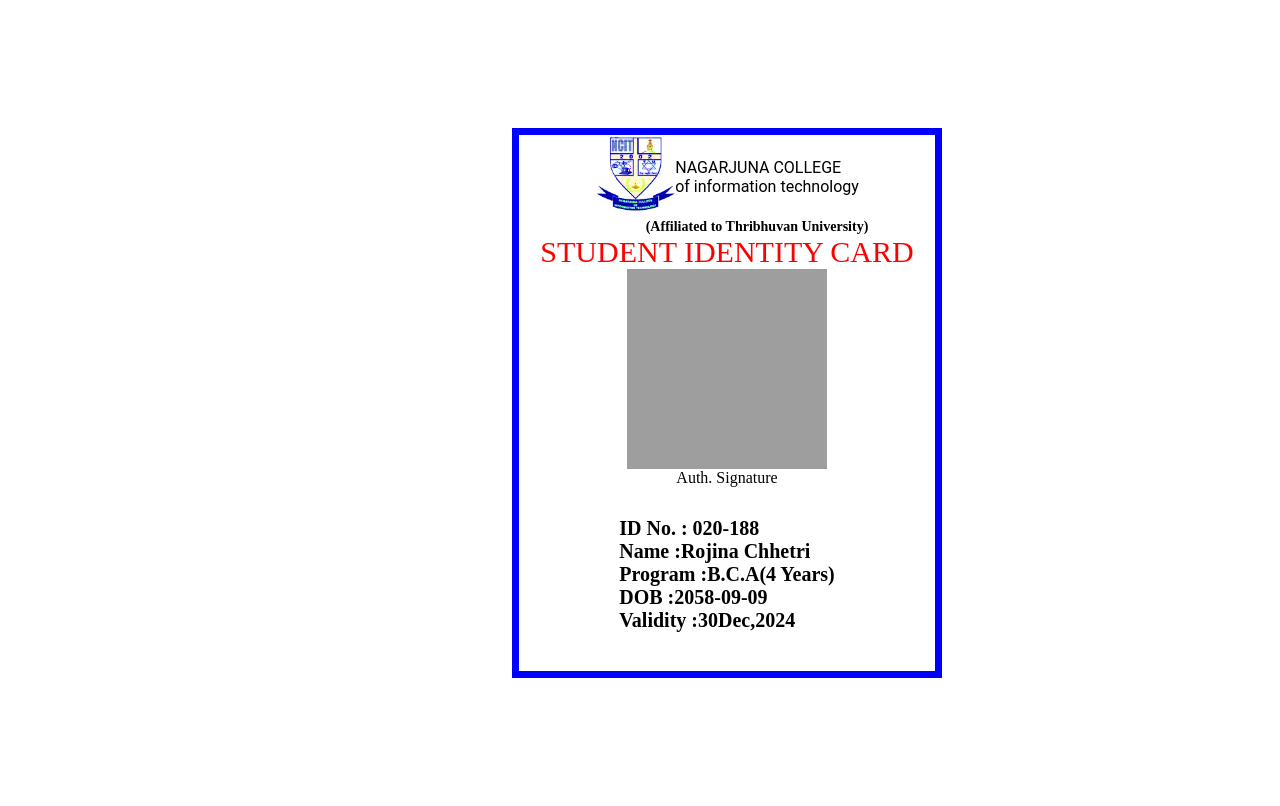
Repository: Rojinachhetri/roji
Page: rojina.html
These files come from the project's save history. The page is drawn as it stood at one moment and after the next save; the edit follows.
The browser window is 1280 px wide. The pictures show the whole page.
Pictures or frames that could not be fetched are drawn as grey boxes.

Above is the page before, as saved 2023-04-24 22:28:24.

### rojina.html
<!DOCTYPE html>
<html lang="en">

<head>
    <meta charset="UTF-8">
    <meta http-equiv="X-UA-Compatible" content="IE=edge">
    <meta name="viewport" content="width=device-width, initial-scale=1.0">
    <title>Nagrajuna college</title>
    <link rel="stylesheet" href="rojina.css">
</head>

<body>
    <div class="container">
        <div class="hero">
            <div class="logo">
                <img src="logo1.png" alt="logo" height="80px" width="80px">

            </div>
            <div class="container_text">
                <div class="name">NAGARJUNA COLLEGE</div>
                <div class="class1">of information technology</div>
            </div>
        </div>
        <div class="header">(Affiliated to Thribhuvan University)
        </div>
        <div class="student">STUDENT IDENTITY CARD</div>
        <div class="hero1">
            <img src="./rojinaa.jpg" alt="picture" height="200px" width="200px">
            <div>Auth. Signature</div>
        </div>
        <div class="id">
            <div>ID No. : 020-188</div>
            <div>Name :Rojina Chhetri</div>
            <div>Program :B.C.A(4 Years)</div>
            <div>DOB :2058-09-09</div>
            <div>Validity :30Dec,2024</div>
        </div>

    </div>


</body>

</html>

### rojina.css
    * {
        box-sizing: border-box;
        padding: 0px;
        margin: 0px;
    }

    .container {
        width: 430px;
        height: 550px;
        background-color: white;
        border: 7px solid blue;
        display: flex;
        flex-direction: column;
        align-items: center;
        margin: 10% 40% 10% 40%;
    }

    .hero {
        display: flex;
        flex-direction: row;
        align-items: center;
    }

    .container_text {
        font-family: RobotO, sans-serif
    }

    .header {
        font-size: 14px;
        font-weight: bold;
        margin-left: 60px;
    }

    .hero1 {
        display: flex;
        flex-direction: column;
        align-items: center;
    }

    .student {
        font-size: 30px;
        font-weight: 500;
        font-family: 'Times New Roman', Times, serif;
        color: red;
    }

    .id {
        font-size: 20px;
        margin-top: 30px;
        font-weight: bold;
    }

After the next save:
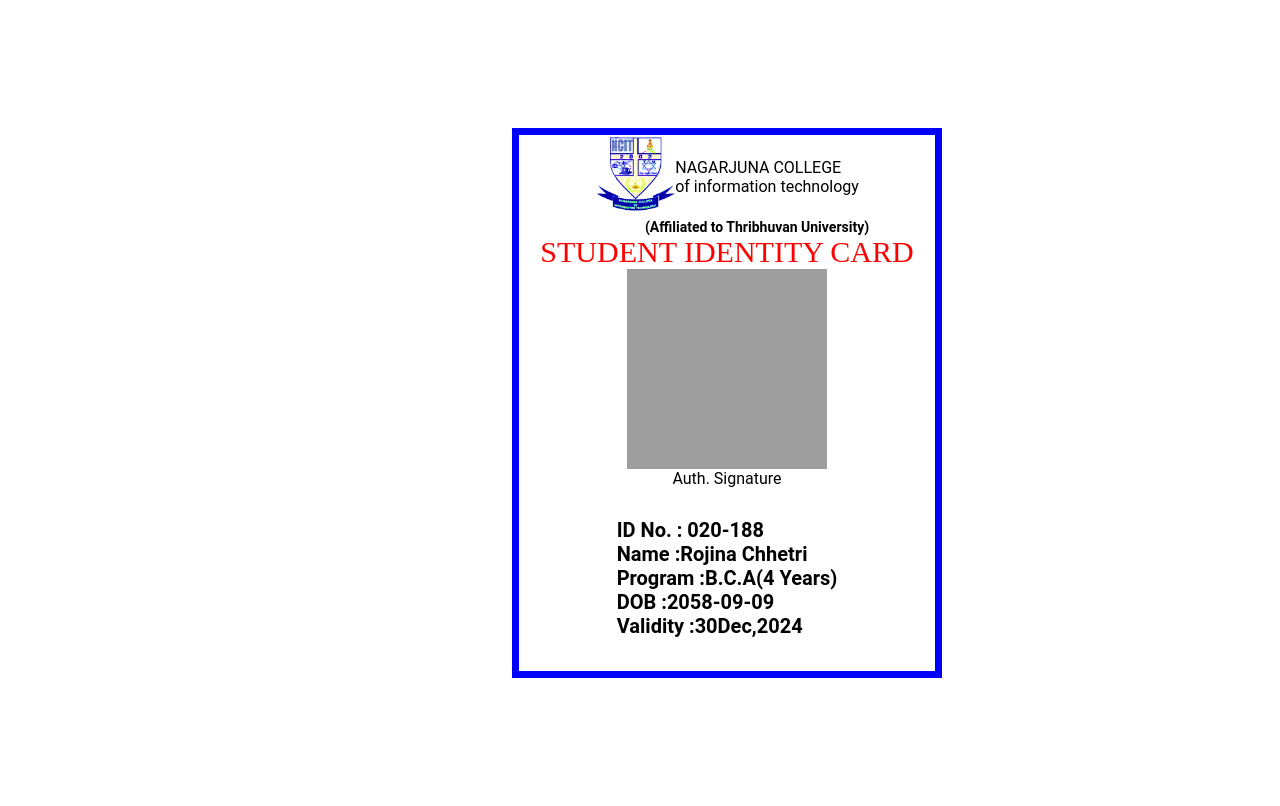
Saved 10 s later.
--- a/rojina.css
+++ b/rojina.css
@@ -2,6 +2,7 @@
         box-sizing: border-box;
         padding: 0px;
         margin: 0px;
+        font-family: RobotO, sans-serif
     }
 
     .container {
